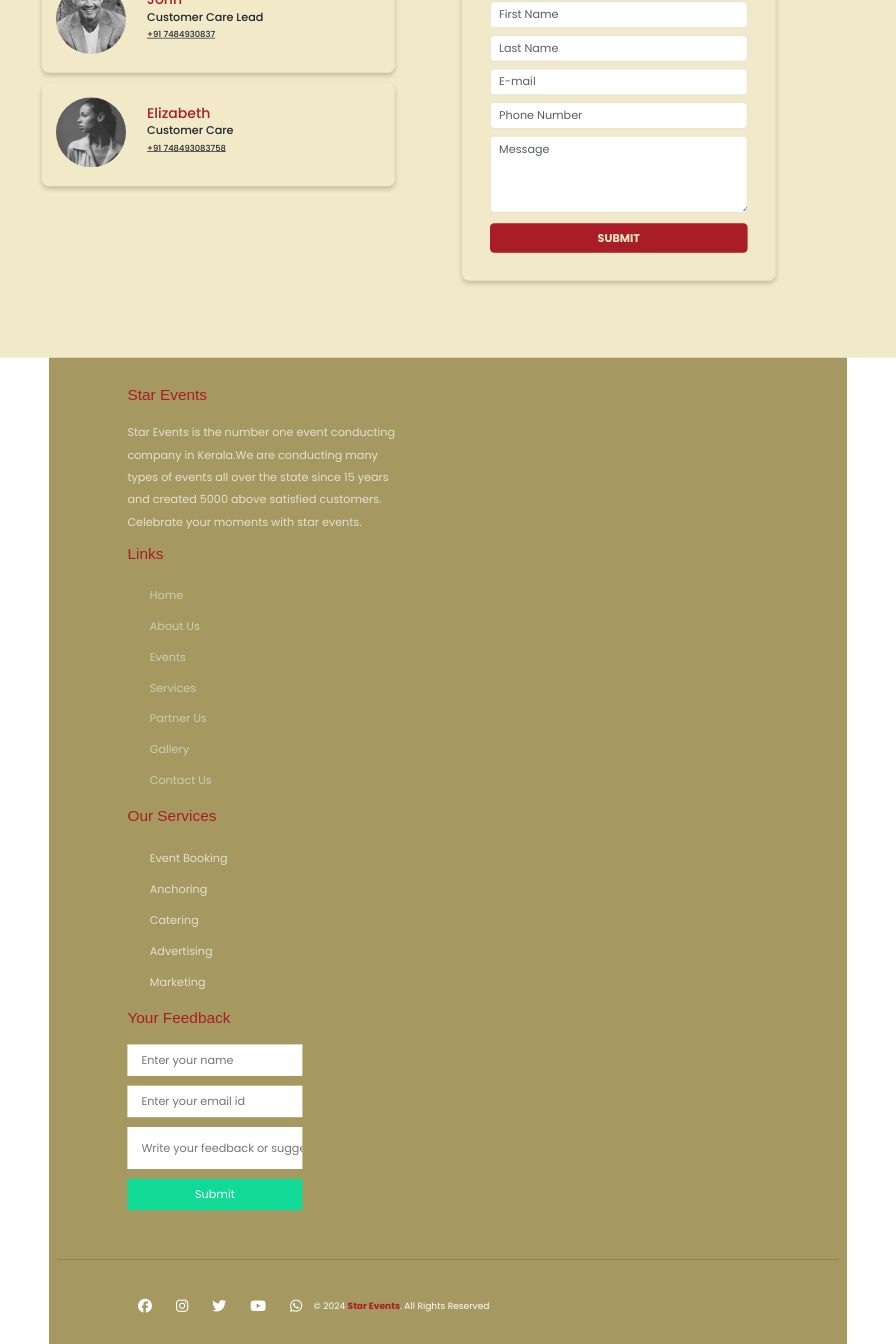
Repository: SharonSebastian32/Event-Management-System-
Page: index.html
The author's editor kept a copy of each file at every save. The page is drawn from the files as they stood at one save, then again after the next save.
The browser window is 1280 px wide. The pictures show the part of the page from y = 4490 to 6410 px (the page is 6410 px tall before and 5729 px after), at 70% of full size.
A picture or video elsewhere on the page could not be fetched, so the positions and the page height are approximate. Some web libraries are served in a nearby version.

Above is the page before, as saved 2024-09-06 12:27:05.
Not found: assets/css/ContactUs.css

### index.html
<!DOCTYPE html>
<html lang="en">
  <head>
    <meta charset="UTF-8" />
    <meta name="viewport" content="width=device-width, initial-scale=1.0" />
    <link rel="icon" type="image/x-icon" href="./Assets/images/aa.png" />
    <title>Star Events</title>
    <link
      rel="stylesheet"
      href="https://cdnjs.cloudflare.com/ajax/libs/font-awesome/5.15.4/css/all.min.css"
    />
    <link rel="stylesheet" href="./Css/Styles.css" />

    <!-- conatct us  style -->
    <link rel="stylesheet" href="/assets/css/ContactUs.css" />
    <link
      href="https://cdn.jsdelivr.net/npm/bootstrap@5.3.0/dist/css/bootstrap.min.css"
      rel="stylesheet"
    />

    <!-- footer link  style   -->
    <link
      rel="stylesheet"
      href="https://cdnjs.cloudflare.com/ajax/libs/font-awesome/6.6.0/css/all.min.css"
      integrity="sha512-Kc323vGBEqzTmouAECnVceyQqyqdsSiqLQISBL29aUW4U/M7pSPA/gEUZQqv1cwx4OnYxTxve5UMg5GT6L4JJg=="
      crossorigin="anonymous"
      referrerpolicy="no-referrer"
    />
  </head>
  <body>
    <!-- hero section start -->
    <nav>
      <div class="nav-container">
        <div class="logo">
          <a href="#home">
            <img src="./Assets/images/aa.png" alt="Event Management Logo" />
          </a>
        </div>
        <ul class="nav-links">
          <li><a href="#home">HOME</a></li>
          <li><a href="#about">ABOUT US</a></li>
          <li><a href="#events-sect">EVENTS</a></li>
          <li><a href="#services">SERVICES</a></li>
          <li><a href="#partners us">PARTNERS US</a></li>
          <li><a href="#gallery">GALLERY</a></li>
          <li><a href="#contact-us">CONTACT US</a></li>
        </ul>
        <div class="sign-in">
          <a href="#login">SIGN IN</a>
        </div>
      </div>
    </nav>

    <!-- Section for Event Management Video -->
    <section class="video-section">
      <video autoplay muted loop>
        <source src="./Assets/videos/aa.mp4" type="video/mp4" />
        Your browser does not support the video tag.
      </video>
    </section>

    <!-- hero section end -->

    <!-- about us section  start-->
    <section id="about" class="about-us-section">
      <div class="about-container">
        <div class="about-text">
          <h2>ABOUT US</h2>
          <p>
            We are a leading event management company specializing in creating
            unforgettable experiences for our clients. With a team of passionate
            professionals, we bring ideas to life and turn your vision into
            reality.
          </p>
          <p>
            Whether it’s a corporate event, wedding, or private celebration, our
            attention to detail and personalized approach ensures that every
            event is a success.
          </p>
        </div>
        <div class="about-image">
          <img src="./Assets/images/about-us.jpg" alt="About Us" />
        </div>
      </div>
    </section>
    <!-- about us section  ends-->

    <!-- events section start -->

    <section id="events-sect" style="background-color: #f2e9c9">
      <center>
        <h1
          style="font-size: 45px; color: #a91d26; padding-top: 10px"
          data-aos="zoom-in"
        >
          EVENTS
        </h1>
        <form class="search-form" data-aos="flip-down">
          <input
            type="text"
            name="search"
            id="search"
            placeholder="Search events by name, category, price"
            data-aos="flip-down"
          />
          <button type="submit">Search</button>
        </form>
      </center>
      <div class="event-container" id="event-container">
        <!-- Event cards will be injected here by JavaScript -->
      </div>
      <div id="event-modal" class="modal" data-aos="fade-in">
        <div class="modal-content">
          <span class="close">&times;</span>
          <h2>Event Details</h2>
          <p id="event-description">Details will be displayed here.</p>
          <br />
          <a
            href="https://sharonsebastian32.github.io/razorpaypaymentgateway_implementation/"
            target="_blank"
          >
            <button class="view-details-btn">Register Now</button>
          </a>
        </div>
      </div>
    </section>

    <!-- events section end -->

    <!-- conatct us section -->
    <div class="container-fluid contact_us" id="contact-us">
      <h2>CONTACT-US</h2>
      <h6>Our team of customer care is ready to hear from you.</h6>

      <div class="row main_section">
        <div class="col-md-6 section1">
          <h3>Customer Care</h3>
          <p>
            Not sure where to start? Need help adding that extra mojo to your
            landing page? Just visit our
            <span>hepl center</span> or get in touch with us:
          </p>
          <div class="customer_care">
            <div class="customer_care_profile">
              <div class="profile_img">
                <img src="./Assets/images/men.jpg" alt="customer_care" />
              </div>
              <div class="profile_details">
                <h5>John</h5>
                <h6>Customer Care Lead</h6>
                <p>+91 7484930837</p>
              </div>
            </div>
            <div class="customer_care_profile">
              <div class="profile_img">
                <img src="./Assets/images/women.jpg" alt="customer_care" />
              </div>
              <div class="profile_details">
                <h5>Elizabeth</h5>
                <h6>Customer Care</h6>
                <p>+91 748493083758</p>
              </div>
            </div>
          </div>
        </div>
        <div class="col-md-6 section2">
          <h3>Reach out of us!</h3>
          <p>
            Got a question about us? Are you intereseted in partnering with us?
            Have some suggestions or just want to say Hi? Contact Us:
          </p>
          <form action="">
            <input
              class="form-control"
              type="text"
              name="first_name"
              placeholder="First Name"
              required
            />
            <input
              class="form-control"
              type="text"
              name="last_name"
              placeholder="Last Name"
              required
            />
            <input
              class="form-control"
              type="email"
              name="email"
              placeholder="E-mail"
              required
            />
            <input
              class="form-control"
              type="tel"
              name="phone"
              placeholder="Phone Number"
              required
            />
            <textarea
              class="form-control"
              name="message"
              id=""
              rows="4"
              placeholder="Message"
            ></textarea>
            <button class="btn">SUBMIT</button>
          </form>
        </div>
      </div>
    </div>
    <!-- contact us section -->

    <!-- footer section start -->
    <footer>
      <div class="container">
        <div class="row">
          <div class="footer-col">
            <h4>Star Events</h4>
            <p>
              Star Events is the number one event conducting <br />company in
              Kerala.We are conducting many <br />types of events all over the
              state since 15 years<br />
              and created 5000 above satisfied customers.<br />Celebrate your
              moments with star events.
            </p>
          </div>

          <div class="footer-col">
            <h4>Links</h4>
            <ul>
              <li><a href="">Home</a></li>
              <li><a href="">About Us</a></li>
              <li><a href="">Events</a></li>
              <li><a href="">Services</a></li>
              <li><a href="">Partner Us</a></li>
              <li><a href="">Gallery</a></li>
              <li><a href="">Contact Us</a></li>
            </ul>
          </div>

          <div class="footer-col">
            <h4>Our Services</h4>
            <ul>
              <li>Event Booking</li>
              <li>Anchoring</li>
              <li>Catering</li>
              <li>Advertising</li>
              <li>Marketing</li>
            </ul>
          </div>

          <div class="footer-col">
            <h4>Your Feedback</h4>
            <form action="">
              <input
                type="text"
                placeholder="Enter your name"
                class="inputname"
              />
              <input
                type="email"
                placeholder="Enter your email id"
                class="inputemail"
              />
              <input
                type="text"
                placeholder="Write your feedback or suggestions"
                class="inputfs"
              />
              <input type="submit" value="Submit" class="inputSubmit" />
            </form>
          </div>
        </div>
        <hr />
        <div class="row">
          <div class="col">
            <p>&#169;&nbsp;2024 <b>Star Events</b>. All Rights Reserved</p>
          </div>

          <div class="socialIcons">
            <a href=""><i class="fa-brands fa-facebook"></i></a>
            <a href=""><i class="fa-brands fa-instagram"></i></a>
            <a href=""><i class="fa-brands fa-twitter"></i></a>
            <a href=""><i class="fa-brands fa-youtube"></i></a>
            <a href=""><i class="fa-brands fa-whatsapp"></i></a>
          </div>
        </div>
      </div>
    </footer>
    <!-- footer setcion section end -->

    <script src="./Js/Scripts.js"></script>
    <script src="https://cdn.jsdelivr.net/npm/bootstrap@5.3.0/dist/js/bootstrap.bundle.min.js"></script>
  </body>
</html>

### Css/Styles.css
 @import url('https://fonts.googleapis.com/css2?family=Poppins:ital,wght@0,100;0,200;0,300;0,400;0,500;0,600;0,700;0,800;0,900;1,100;1,200;1,300;1,400;1,500;1,600;1,700;1,800;1,900&display=swap');

:root {
    --main-color: #d3ad7f;
    --black: #13131a;
    --bg: #010103;
    --border: .1rem solid rgba(255, 255, 255, .3);
}


body {
    margin: 0;
font-family: "Poppins"; }

nav {
    background-color: #f2e9c9;
    padding: 10px 20px;
}

.nav-container {
    display: flex;
    justify-content: space-between;
    align-items: center;
}

.logo img {
    height: 80px;
}

.nav-links {
    list-style-type: none;
    display: flex;
    margin: 0;
    padding: 0;
}

.nav-links li {
    margin: 0 20px;
}

.nav-links li a {
    color: #a91d26;
    text-decoration: none;
    font-weight: bold;
}

.nav-links li a:hover {
    color: #FFD700;
    /* Golden color */
}

.sign-in a {
    background-color: #FFD700;
    color: maroon;
    padding: 10px 20px;
    border-radius: 5px;
    text-decoration: none;
    font-weight: bold;
}

.sign-in a:hover {
    background-color: #FFA500;
    /* Darker golden shade */
    color: #233244;
}

/* Styling for Video Section */
.video-section {
    width: 100%;
    height: 100vh;
    /* Full viewport height */
    overflow: hidden;
    position: relative;
}

.video-section video {
    position: absolute;
    top: 0;
    left: 0;
    width: 100%;
    height: 100%;
    object-fit: cover;
    /* Ensures the video covers the entire container */
}





/* event css start */


 * {
     margin: 0;
     padding: 0;
     box-sizing: border-box;
     font-family: "Poppins";
 }


 body {
      background-color: rgb(255, 255, 220);
 }

 .event-container {
     display: flex;
     flex-direction: column;
     align-items: center;
     padding: 20px;
     width: 70%;

 }

 .event-card {
     display: flex;
     background-color: #ffffff;
     box-shadow: 0 4px 8px hwb(0 51% 46% / 0.926);
     border-radius: 10px;
     overflow: hidden;
     margin-bottom: 20px;
     width: 80%;
     max-width: 800px;
 }

 .event-card img {
     margin: 20px;
     width: 260px;
     height: 200px;
     object-fit: cover;
 }

 .event-details {
     padding: 20px;
     display: flex;
     flex-direction: column;
     justify-content: space-between;
 }

 .event-details h2 {
     font-size: 1.5em;
     margin-bottom: 10px;
 }

 .event-details p {
     margin-bottom: 8px;
     font-size: 0.95em;
 }

 .event-details a {
     color: #007BFF;
     text-decoration: none;
 }

 .event-details a:hover {
     text-decoration: underline;
 }

 .price,
 .date,
 .location {
     font-weight: bold;
 }

 .social-links a {
     margin-right: 10px;
     color: #555;
 }

 .social-links a:hover {
     color: #007BFF;
 }


 .search-form {
     display: flex;
     justify-content: center;
     align-items: center;
     margin: 20px 0;
 }

 .search-form input[type="text"] {
     padding: 10px;
     font-size: 16px;
     border: 2px solid #ccc;
     border-radius: 30px 0 0 30px;
     outline: none;
     width: 300px;
     transition: all 0.3s ease;
 }

 .search-form input[type="text"]:focus {
     border-color: #a91d26;
 }

 .search-form button {
     padding: 10px 20px;
     background-color: #a91d26;
     color: white;
     border: none;
     border-radius: 0 30px 30px 0;
     cursor: pointer;
     font-size: 16px;
     transition: background-color 0.3s ease;
 }

 .search-form button:hover {
     background-color: #480606;
 }

 .search-form button:focus {
     outline: none;
 }

 .view-details-btn {
     background-color: red;
     /* Red background */
     color: white;
     /* White text */
     padding: 5px 10px;
     /* Smaller padding */
     border: none;
     /* No border */
     cursor: pointer;
     /* Pointer on hover */
     font-size: 14px;
     /* Smaller font size */
     border-radius: 3px;
     /* Slightly rounded corners */
     margin-top: 10px;
     /* Margin at the top */
     transition: background-color 0.3s ease;
     /* Smooth hover transition */
 }

 .view-details-btn:hover {
     background-color: darkred;
     /* Darker red on hover */
 }



 /* The Modal (background) */
 .modal {
     display: none;
     /* Hidden by default */
     position: fixed;
     /* Stay in place */
     z-index: 1;
     /* Sit on top */
     left: 0;
     top: 0;
     width: 100%;
     /* Full width */
     height: 100%;
     /* Full height */
     background-color: rgba(0, 0, 0, 0.5);
     /* Black background with opacity */
 }

 /* Modal Content */
 .modal-content {
     background-color: white;
     margin: 10% auto;
     padding: 20px;
     border: 1px solid #888;
     width: 1000px;
     height: 400px;
     position: relative;
     box-shadow: 0 4px 8px rgba(0, 0, 0, 0.2);
 }

 /* Close Button */
 .close {
     color: #aaa;
     float: right;
     font-size: 28px;
     font-weight: bold;
     cursor: pointer;
 }

 .close:hover,
 .close:focus {
     color: black;
     text-decoration: none;
     cursor: pointer;
 }

/* event css end */



/* contact css start */
@import url('https://fonts.googleapis.com/css2?family=SUSE:wght@100..800&display=swap');

:root {
    --primary-color: #f2e9c9;
    --secondary-color: #233244;
    --ternay-color: #a91d26;
    --primary-font: "SUSE", sans-serif;
}

body {
    margin: 0;
    padding: 0;
    box-sizing: border-box;
    font-family: var(--primary-font);
}

.contact_us {
    background-color: var(--primary-color);
    min-height: 100vh;
    padding: 40px !important;
}

.contact_us>h2 {
    text-align: center;
    color: var(--ternay-color);
    font-weight: 700;
    letter-spacing: 3px;

}

.contact_us>h6 {
    text-align: center;
    color: var(--secondary-color);

}

.contact_us>.main_section {
    margin: 30px 0px;
    padding: 30px 0px;
}

.main_section>.section1 {
    padding: 10px 20px;
}

.main_section>.section1>h3 {
    color: var(--ternay-color);
    font-weight: 700;
}

.main_section>.section1>p {
    color: var(--secondary-color);
    font-weight: 400;
    font-size: 14px;
    max-width: 90%;
    margin-bottom: 30px;
}

.customer_care>.customer_care_profile {
    display: flex;
    padding: 20px;
    border-radius: 10px;
    margin: 15px 0px;
    max-width: 90%;
    box-shadow: 0px 4px 8px rgba(0, 0, 0, 0.2);
    cursor: pointer;
}

.customer_care>.customer_care_profile>.profile_img {
    margin-right: 30px;
    border-radius: 50%;
    width: 100px;
    height: 100px;
    overflow: hidden;

}

.customer_care>.customer_care_profile>.profile_img>img {
    object-fit: cover;
    width: 100%;
    height: 100%;
    filter: grayscale();
}

.customer_care>.customer_care_profile>.profile_details {
    margin: 10px 0px;
}

.customer_care>.customer_care_profile>.profile_details>h5 {
    color: var(--ternay-color);
    font-size: 20px;
    font-weight: 500;
    margin-bottom: 4px;
}

.customer_care>.customer_care_profile>.profile_details>h6 {
    margin-bottom: 6px;
    font-size: 16px;
}

.customer_care>.customer_care_profile>.profile_details>p {
    font-size: 12px;
    font-weight: 500;
    text-decoration: underline;

}

.main_section>.section2 {
    padding: 10px 20px;
}

.main_section>.section2>h3 {
    color: var(--ternay-color);
    font-weight: 700;
}

.main_section>.section2>p {
    color: var(--secondary-color);
    font-weight: 400;
    font-size: 14px;
    max-width: 90%;
    margin-bottom: 30px;
}

.main_section>.section2>form {
    display: flex;
    flex-direction: column;
    max-width: 80%;
    box-shadow: 0px 4px 8px rgba(0, 0, 0, 0.2);
    padding: 40px;
    border-radius: 10px;
}

.main_section>.section2>form>input {
    margin: 5px 0px;

}

.main_section>.section2>form>textarea {
    margin: 5px 0px;

}

.main_section>.section2>form>button {
    background-color: var(--ternay-color);
    color: var(--primary-color);
    margin-top: 10px;
    border: 2px solid var(--ternay-color);
    font-weight: bold;
    padding: 7px;
    transition: 0.4s ease-in-out;

}

.main_section>.section2>form>button:hover {
    background-color: var(--primary-color);
    color: var(--ternay-color);
}
 /* contact css end */




   /* About Us Section Styling */
   .about-us-section {
       display: flex;
       align-items: center;
       justify-content: center;
       padding: 50px 20px;
       background-color: #efefef;
   }

   .about-container {
       display: flex;
       flex-direction: row;
       align-items: center;
       justify-content: space-between;
       max-width: 1200px;
       width: 100%;
   }

   .about-text {
       flex: 1;
       margin-right: 20px;
       max-width: 600px;
       /* Limits the width of the text block */
   }

   .about-text h2 {
       font-size: 2.5rem;
       color: #333;
   }

   .about-text p {
       font-size: 1.1rem;
       color: #555;
       line-height: 1.6;
       text-align: justify;
       /* Makes the paragraph text aligned in a block */
       margin-bottom: 20px;
       /* Consistent space between paragraphs */
   }

   .about-image {
       flex: 1;
       text-align: right;
   }

   .about-image img {
       max-width: 100%;
       height: auto;
       border-radius: 10px;
   }




   /* footer section */
   footer .container {
       background-color: rgb(165, 153, 97);
   }

   .row {
       display: flex;
       justify-content: space-between;
       padding: 40px 100px;
   }

   .footer-col ul {
       list-style: none;
   }

   .footer-col h4 {
       color: #a91d26;
       margin-bottom: 25px;
       font-size: 22px;
       position: relative;
       font-family: 'Ubuntu', sans-serif;

   }

   .footer-col ul li {
       padding: 10px 0;

   }

   .footer-col ul li a {
       color: white;
       text-decoration: none;
       font-size: 16px;
       opacity: 0.7;
       transition: 0.5s;
   }

   .footer-col ul li a:hover {
       opacity: 1;
   }

   .footer-col ul li {
       color: white;
       text-decoration: none;
       font-size: 16px;
       opacity: 0.7;
       transition: 0.5s;
   }

   .footer-col p {
       color: white;
       text-decoration: none;
       font-size: 16px;
       opacity: 0.7;
       transition: 0.5s;
       line-height: 2;
   }

   .footer-col input {
       border: none;
       width: 250px;
       height: 45px;
       display: block;
       padding-left: 20px;
       margin: 14px 0px;
   }


   .footer-col .inputSubmit {
       padding: 0px 20px;
       background-color: rgb(16, 218, 150);
       border: none;
       color: white;
   }

   .footer-col .inputSubmit:hover {
       background-color: rgb(3, 114, 77);
       ;

   }

   .footer-col .inputfs:hover {
       background-color: rgb(254, 254, 254);

   }

   .footer-col .inputemail:hover {
       background-color: rgb(255, 255, 255);

   }

   .footer-col .inputname:hover {
       background-color: rgb(251, 255, 3);

   }



   .footer-col .inputfs {
       height: 60px;
   }

   .col p {
       color: white;
       position: absolute;
       left: 35%;
       font-size: small;

   }

   .col p b {
       color: #a91d26;
   }

   .row hr {
       opacity: 0.7s;
   }

   .row .socialIcons i {
       display: inline-block;
       color: white;
       font-size: 20px;
       margin: 0 15px;
       transition: 0.5s;
   }

Loaded but not shown: json/events.json (837 lines, source omitted); Js/Scripts.js (59 lines, source omitted)

After the next save:
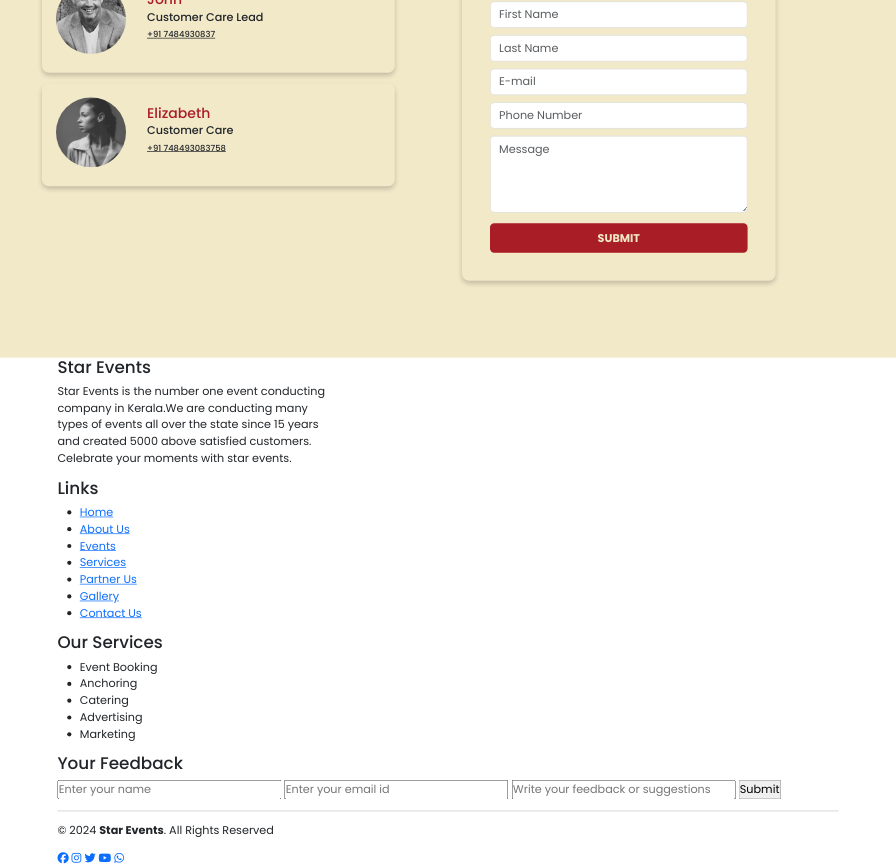
Saved 3 min 6 s later.
--- a/Css/Styles.css
+++ b/Css/Styles.css
@@ -508,127 +508,3 @@
 
 
    /* footer section */
-   footer .container {
-       background-color: rgb(165, 153, 97);
-   }
-
-   .row {
-       display: flex;
-       justify-content: space-between;
-       padding: 40px 100px;
-   }
-
-   .footer-col ul {
-       list-style: none;
-   }
-
-   .footer-col h4 {
-       color: #a91d26;
-       margin-bottom: 25px;
-       font-size: 22px;
-       position: relative;
-       font-family: 'Ubuntu', sans-serif;
-
-   }
-
-   .footer-col ul li {
-       padding: 10px 0;
-
-   }
-
-   .footer-col ul li a {
-       color: white;
-       text-decoration: none;
-       font-size: 16px;
-       opacity: 0.7;
-       transition: 0.5s;
-   }
-
-   .footer-col ul li a:hover {
-       opacity: 1;
-   }
-
-   .footer-col ul li {
-       color: white;
-       text-decoration: none;
-       font-size: 16px;
-       opacity: 0.7;
-       transition: 0.5s;
-   }
-
-   .footer-col p {
-       color: white;
-       text-decoration: none;
-       font-size: 16px;
-       opacity: 0.7;
-       transition: 0.5s;
-       line-height: 2;
-   }
-
-   .footer-col input {
-       border: none;
-       width: 250px;
-       height: 45px;
-       display: block;
-       padding-left: 20px;
-       margin: 14px 0px;
-   }
-
-
-   .footer-col .inputSubmit {
-       padding: 0px 20px;
-       background-color: rgb(16, 218, 150);
-       border: none;
-       color: white;
-   }
-
-   .footer-col .inputSubmit:hover {
-       background-color: rgb(3, 114, 77);
-       ;
-
-   }
-
-   .footer-col .inputfs:hover {
-       background-color: rgb(254, 254, 254);
-
-   }
-
-   .footer-col .inputemail:hover {
-       background-color: rgb(255, 255, 255);
-
-   }
-
-   .footer-col .inputname:hover {
-       background-color: rgb(251, 255, 3);
-
-   }
-
-
-
-   .footer-col .inputfs {
-       height: 60px;
-   }
-
-   .col p {
-       color: white;
-       position: absolute;
-       left: 35%;
-       font-size: small;
-
-   }
-
-   .col p b {
-       color: #a91d26;
-   }
-
-   .row hr {
-       opacity: 0.7s;
-   }
-
-   .row .socialIcons i {
-       display: inline-block;
-       color: white;
-       font-size: 20px;
-       margin: 0 15px;
-       transition: 0.5s;
-   }
